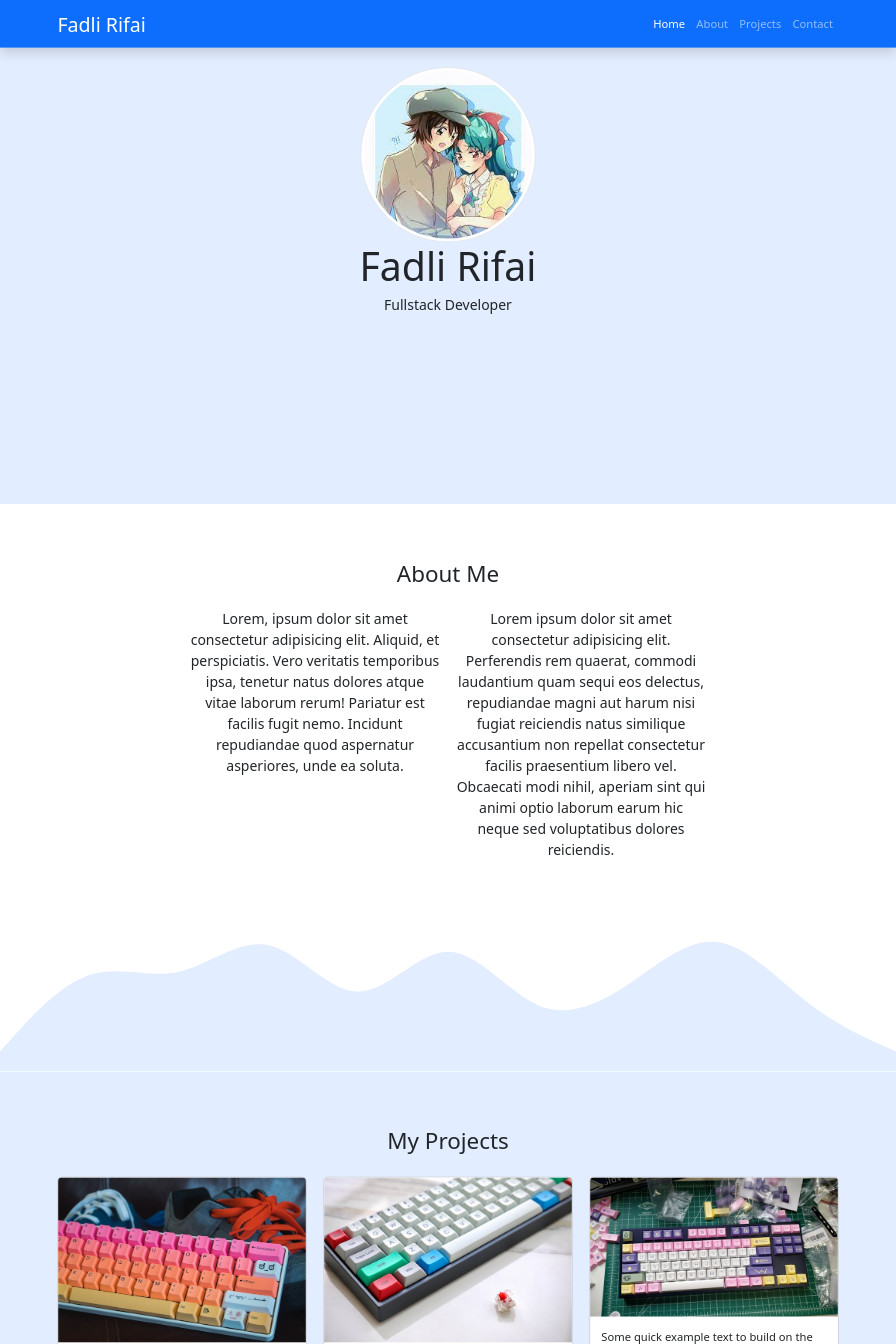
Repository: fadlyyy/fadli-dev.github.io
Page: index.html
An editor plug-in stored every save of this project. The page is shown before and after the next save, followed by the edit.
The browser window is 1280 px wide. The pictures show the part of the page from y = 0 to 1920 px (the page is 3541 px tall), at 70% of full size.

Above is the page before, as saved 2024-01-19 18:28:22.

### index.html
<!DOCTYPE html>
<html lang="en">
  <head>
    <meta charset="utf-8" />
    <meta name="viewport" content="width=device-width, initial-scale=1" />
    <title>Bootstrap demo</title>
    <link href="https://cdn.jsdelivr.net/npm/bootstrap@5.2.3/dist/css/bootstrap.min.css" rel="stylesheet" integrity="sha384-rbsA2VBKQhggwzxH7pPCaAqO46MgnOM80zW1RWuH61DGLwZJEdK2Kadq2F9CUG65" crossorigin="anonymous" />

    <!-- Bootstrap Icons -->
    <link rel="stylesheet" href="https://cdn.jsdelivr.net/npm/bootstrap-icons@1.11.3/font/bootstrap-icons.min.css" />

    <!-- My styles css -->
    <link rel="stylesheet" href="style.css" />
  </head>
  <body id="home">
    <!-- Navbar -->
    <nav class="navbar navbar-expand-lg navbar-dark bg-primary shadow fixed-top">
      <div class="container">
        <a class="navbar-brand fs-3" href="#">Fadli Rifai</a>
        <button class="navbar-toggler" type="button" data-bs-toggle="collapse" data-bs-target="#navbarNav" aria-controls="navbarNav" aria-expanded="false" aria-label="Toggle navigation">
          <span class="navbar-toggler-icon"></span>
        </button>
        <div class="collapse navbar-collapse" id="navbarNav">
          <ul class="navbar-nav ms-auto">
            <li class="nav-item">
              <a class="nav-link active" aria-current="page" href="#home">Home</a>
            </li>
            <li class="nav-item">
              <a class="nav-link" href="#about">About</a>
            </li>
            <li class="nav-item">
              <a class="nav-link" href="#projects">Projects</a>
            </li>
            <li class="nav-item">
              <a class="nav-link" href="#contact">Contact</a>
            </li>
          </ul>
        </div>
      </div>
    </nav>
    <!-- Navbar End -->

    <!-- Jumbotron -->
    <section class="jumbotron text-center">
      <img class="rounded-circle img-thumbnail" src="img/images.jpeg" alt="" width="250" />
      <h1 class="display-4">Fadli Rifai</h1>
      <p class="lead">Fullstack Developer</p>
      <svg xmlns="http://www.w3.org/2000/svg" viewBox="0 0 1440 320">
        <path
          fill="#ffffff"
          fill-opacity="1"
          d="M0,160L24,176C48,192,96,224,144,245.3C192,267,240,277,288,261.3C336,245,384,203,432,181.3C480,160,528,160,576,170.7C624,181,672,203,720,213.3C768,224,816,224,864,218.7C912,213,960,203,1008,213.3C1056,224,1104,256,1152,261.3C1200,267,1248,245,1296,229.3C1344,213,1392,203,1416,197.3L1440,192L1440,320L1416,320C1392,320,1344,320,1296,320C1248,320,1200,320,1152,320C1104,320,1056,320,1008,320C960,320,912,320,864,320C816,320,768,320,720,320C672,320,624,320,576,320C528,320,480,320,432,320C384,320,336,320,288,320C240,320,192,320,144,320C96,320,48,320,24,320L0,320Z"
        ></path>
      </svg>
    </section>
    <!-- Jumbotron End -->

    <!-- About -->
    <section id="about">
      <div class="container">
        <div class="row text-center mb-4">
          <div class="col">
            <h2>About Me</h2>
          </div>
        </div>
        <div class="row justify-content-center fs-5 text-center">
          <div class="col-md-4">
            <p class="">
              Lorem, ipsum dolor sit amet consectetur adipisicing elit. Aliquid, et perspiciatis. Vero veritatis temporibus ipsa, tenetur natus dolores atque vitae laborum rerum! Pariatur est facilis fugit nemo. Incidunt repudiandae quod
              aspernatur asperiores, unde ea soluta.
            </p>
          </div>
          <div class="col-md-4">
            <p>
              Lorem ipsum dolor sit amet consectetur adipisicing elit. Perferendis rem quaerat, commodi laudantium quam sequi eos delectus, repudiandae magni aut harum nisi fugiat reiciendis natus similique accusantium non repellat
              consectetur facilis praesentium libero vel. Obcaecati modi nihil, aperiam sint qui animi optio laborum earum hic neque sed voluptatibus dolores reiciendis.
            </p>
          </div>
        </div>
      </div>
      <svg xmlns="http://www.w3.org/2000/svg" viewBox="0 0 1440 320">
        <path
          fill="#e2edff"
          fill-opacity="1"
          d="M0,288L24,261.3C48,235,96,181,144,165.3C192,149,240,171,288,160C336,149,384,107,432,117.3C480,128,528,192,576,192C624,192,672,128,720,128C768,128,816,192,864,213.3C912,235,960,213,1008,181.3C1056,149,1104,107,1152,112C1200,117,1248,171,1296,208C1344,245,1392,267,1416,277.3L1440,288L1440,320L1416,320C1392,320,1344,320,1296,320C1248,320,1200,320,1152,320C1104,320,1056,320,1008,320C960,320,912,320,864,320C816,320,768,320,720,320C672,320,624,320,576,320C528,320,480,320,432,320C384,320,336,320,288,320C240,320,192,320,144,320C96,320,48,320,24,320L0,320Z"
        ></path>
      </svg>
    </section>
    <!-- About End -->

    <!-- Section Projects -->
    <section id="projects">
      <div class="container">
        <div class="row mb-4">
          <div class="col text-center">
            <h2>My Projects</h2>
          </div>
        </div>
        <div class="row justify-content-center">
          <div class="col-md-4 mb-3 child">
            <div class="card">
              <img src="img/projects/Projects1.jpg" class="card-img-top" alt="..." />
              <div class="card-body">
                <p class="card-text">Some quick example text to build on the card title and make up the bulk of the card's content.</p>
              </div>
            </div>
          </div>
          <div class="col-md-4 mb-3 child">
            <div class="card">
              <img src="img/projects/Projects2.jpg" class="card-img-top" alt="..." />
              <div class="card-body">
                <p class="card-text">Some quick example text to build on the card title and make up the bulk of the card's content.</p>
              </div>
            </div>
          </div>
          <div class="col-md-4 mb-3 child">
            <div class="card">
              <img src="img/projects/Projects3.jpg" class="card-img-top" alt="..." />
              <div class="card-body">
                <p class="card-text">Some quick example text to build on the card title and make up the bulk of the card's content.</p>
              </div>
            </div>
          </div>
          <div class="col-md-4 mb-3 child">
            <div class="card">
              <img src="img/projects/Projects4.jpg" class="card-img-top" alt="..." />
              <div class="card-body">
                <p class="card-text">Some quick example text to build on the card title and make up the bulk of the card's content.</p>
              </div>
            </div>
          </div>
          <div class="col-md-4 mb-3 child">
            <div class="card">
              <img src="img/projects/Projects5.jpg" class="card-img-top" alt="..." />
              <div class="card-body">
                <p class="card-text">Some quick example text to build on the card title and make up the bulk of the card's content.</p>
              </div>
            </div>
          </div>
        </div>
      </div>
      <svg xmlns="http://www.w3.org/2000/svg" viewBox="0 0 1440 320">
        <path
          fill="#fff"
          fill-opacity="1"
          d="M0,192L48,197.3C96,203,192,213,288,192C384,171,480,117,576,128C672,139,768,213,864,229.3C960,245,1056,203,1152,197.3C1248,192,1344,224,1392,240L1440,256L1440,320L1392,320C1344,320,1248,320,1152,320C1056,320,960,320,864,320C768,320,672,320,576,320C480,320,384,320,288,320C192,320,96,320,48,320L0,320Z"
        ></path>
      </svg>
    </section>
    <!-- End Section Projects -->

    <!-- Contact -->
    <section id="contact">
      <div class="container">
        <div class="row text-center mb-3">
          <div class="col">
            <h2>Contact Me</h2>
          </div>
        </div>
        <div class="row justify-content-center">
          <div class="col-md-6">
            <form>
              <div class="mb-3">
                <label for="name" class="form-label">Name</label>
                <input type="text" class="form-control" id="name" aria-describedby="name" />
              </div>
              <div class="mb-3">
                <label for="email" class="form-label">Email Address</label>
                <input type="email" class="form-control" id="email" aria-describedby="email" />
              </div>
              <div class="mb-3">
                <label for="message" class="form-label">Message</label>
                <textarea class="form-control" id="message" rows="3"></textarea>
              </div>
              <button type="submit" class="btn btn-primary">Send Message</button>
            </form>
          </div>
        </div>
      </div>
      <svg xmlns="http://www.w3.org/2000/svg" viewBox="0 0 1440 320">
        <path
          fill="#0d6efd"
          fill-opacity="1"
          d="M0,96L30,117.3C60,139,120,181,180,218.7C240,256,300,288,360,288C420,288,480,256,540,240C600,224,660,224,720,229.3C780,235,840,245,900,224C960,203,1020,149,1080,144C1140,139,1200,181,1260,176C1320,171,1380,117,1410,90.7L1440,64L1440,320L1410,320C1380,320,1320,320,1260,320C1200,320,1140,320,1080,320C1020,320,960,320,900,320C840,320,780,320,720,320C660,320,600,320,540,320C480,320,420,320,360,320C300,320,240,320,180,320C120,320,60,320,30,320L0,320Z"
        ></path>
      </svg>
    </section>
    <!-- End Contact -->

    <!-- Footer -->
    <footer class="bg-primary text-center pb-5">
      <p class="text-white">Created with <i class="bi bi-heart-pulse-fill text-danger"></i> by <a href="#" class="fw-bold text-white fst-italic">Fadli Rifai</a></p>
    </footer>
    <!-- Footer End -->

    <script src="https://cdn.jsdelivr.net/npm/bootstrap@5.2.3/dist/js/bootstrap.bundle.min.js" integrity="sha384-kenU1KFdBIe4zVF0s0G1M5b4hcpxyD9F7jL+jjXkk+Q2h455rYXK/7HAuoJl+0I4" crossorigin="anonymous"></script>
  </body>
</html>

### style.css
.jumbotron {
  padding-top: 6rem;
  background-color: #e2edff;
  height: 100vh;
}

.jumbotron svg {
  margin-top: 10rem;
  /* align-items: flex-end; */
  /* color: blueviolet; */
}

#projects {
  background-color: #e2edff;
}

#projects .child {
  transition: all 0.2s ease-in-out;
  /* box-shadow: 2px 10px 5px rgba(0, 0, 0, 0.2); */
}

#projects .child:hover {
  scale: 1.04;
}

section {
  padding-top: 5rem;
}

After the next save:
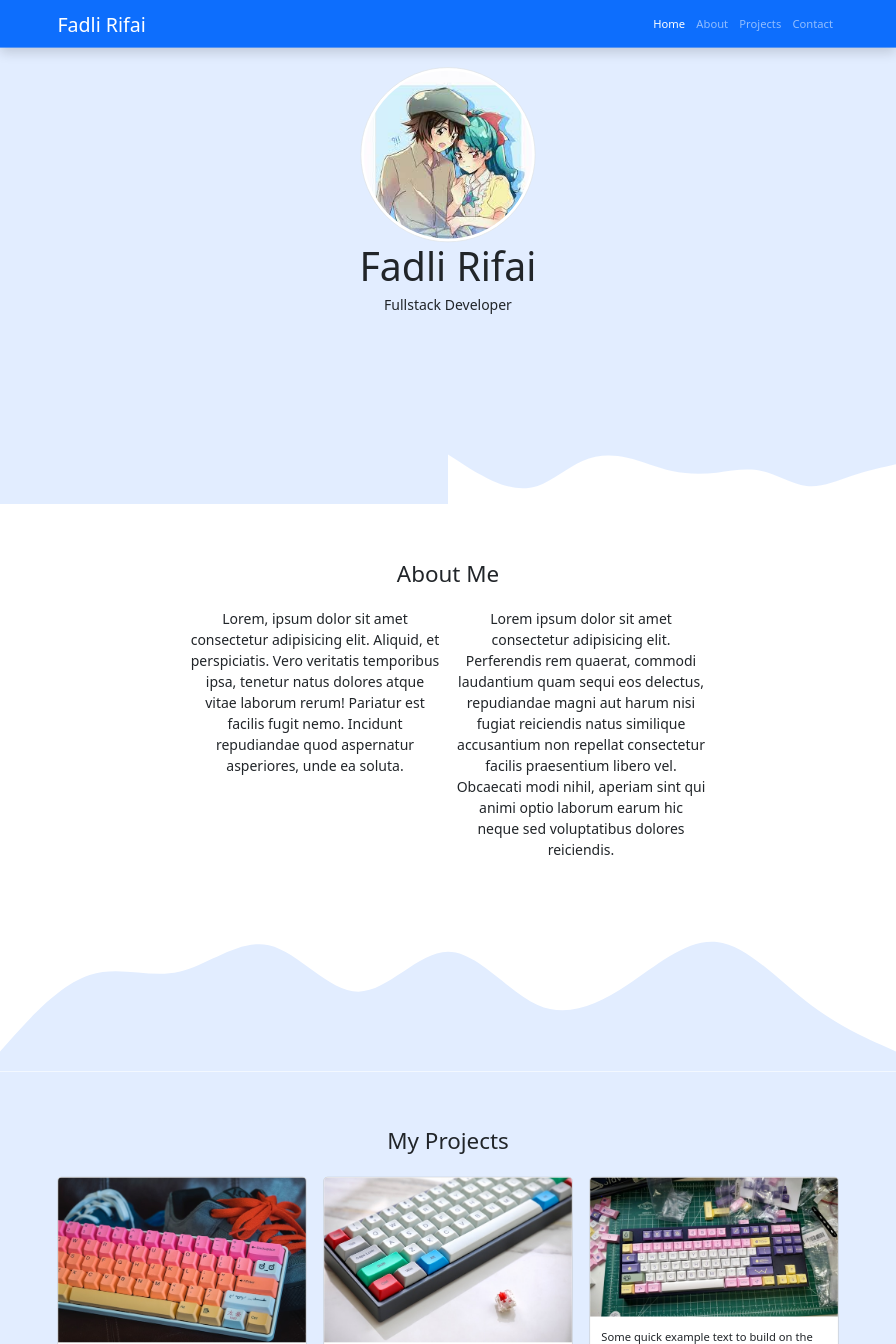
Saved 94 s later.
--- a/style.css
+++ b/style.css
@@ -2,12 +2,15 @@
   padding-top: 6rem;
   background-color: #e2edff;
   height: 100vh;
+  position: relative;
 }
 
 .jumbotron svg {
-  margin-top: 10rem;
+  /* margin-top: 10rem; */
   /* align-items: flex-end; */
   /* color: blueviolet; */
+  position: absolute;
+  bottom: 0;
 }
 
 #projects {
